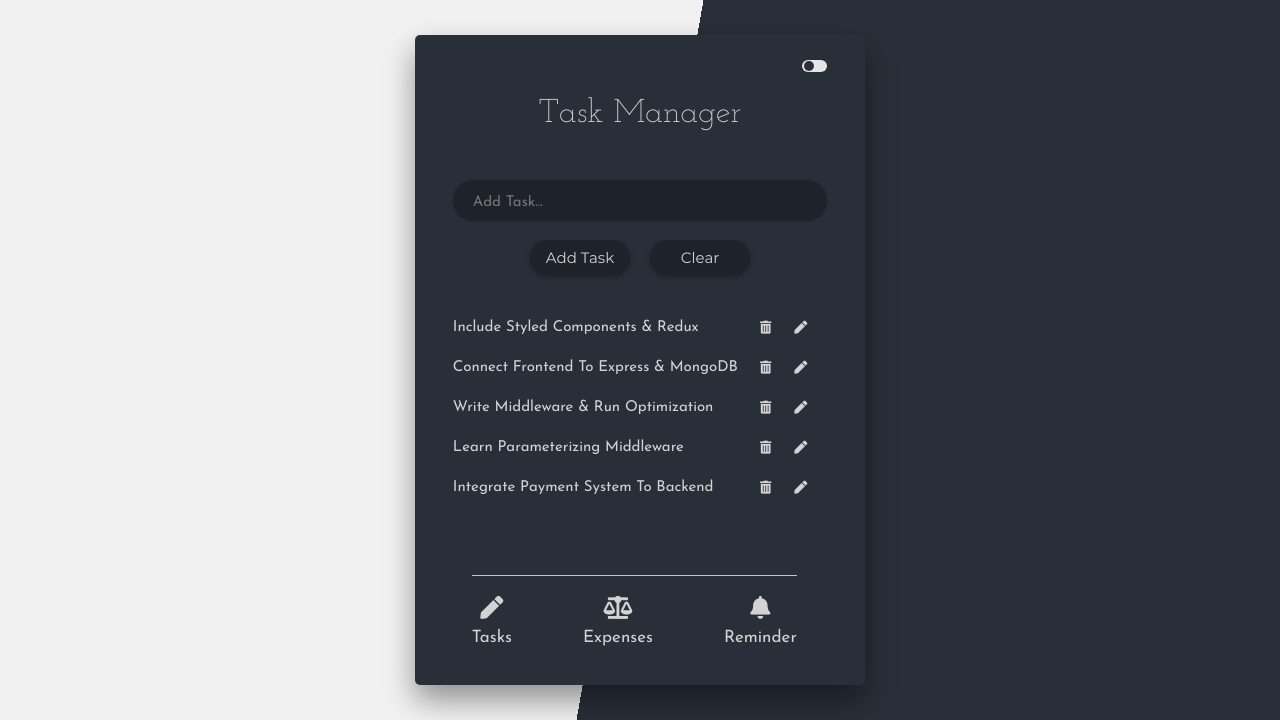
Repository: Kol124/react-task-manager
Page: /
These files come from the project's save history. The page is drawn as it stood at one moment and after the next save; the edit follows.
The browser window is 1280 px wide. The pictures show the whole page.
The project was rebuilt for these pictures with package versions that can differ from the ones it lists, and the page was loaded fresh each time. Also part of the build but not shown: src/reducer/ExpenseReducer.js, src/context/ExpenseContext.js, src/components/expenses/Balance.js, src/components/expenses/IncomeExpenses.js, src/components/expenses/Transaction.js, src/components/expenses/TransactionList.js, src/components/expenses/AddTransaction.js, src/components/expenses/Expense.js and 1 more.

Above is the page before, as saved 2021-06-25 18:23:18.

After the next save:
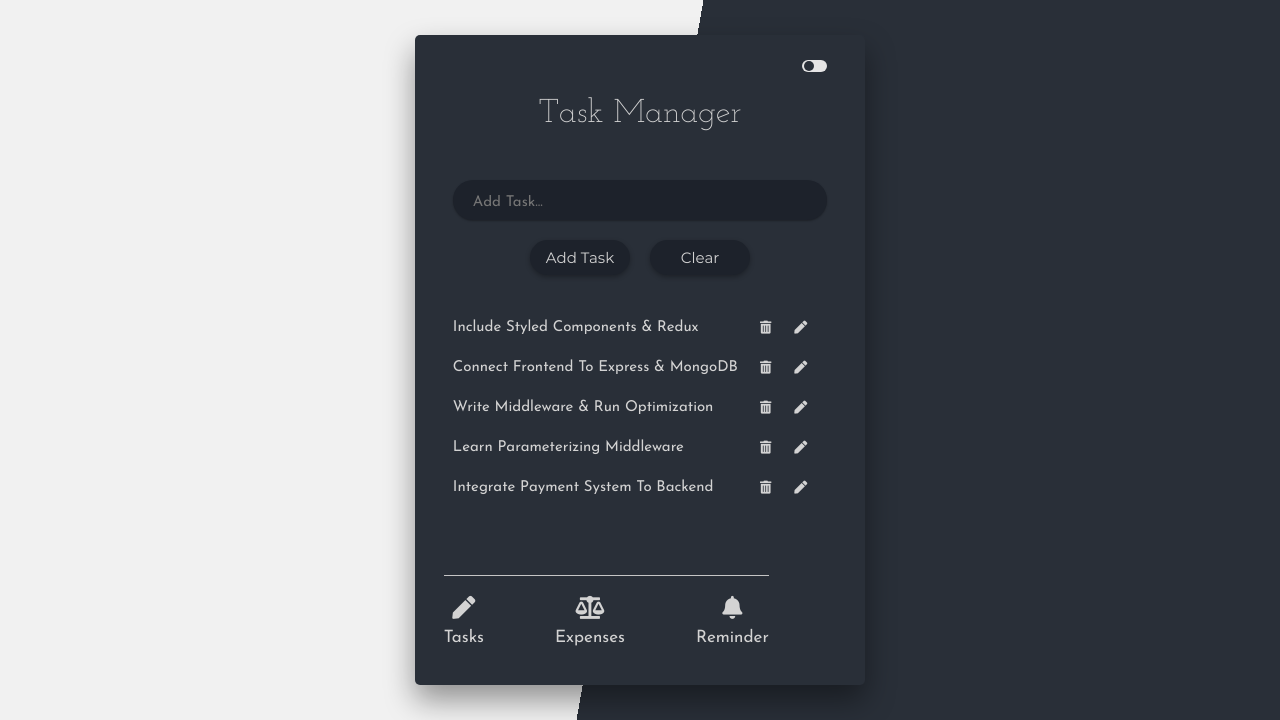
Saved 26 s later.
--- a/src/App.css
+++ b/src/App.css
@@ -213,7 +213,7 @@ footer {
   position: absolute;
   width: 85%;
   bottom: 6%;
-  margin: 0 auto;
+  left: 0;
 }
 
 footer .nav {
